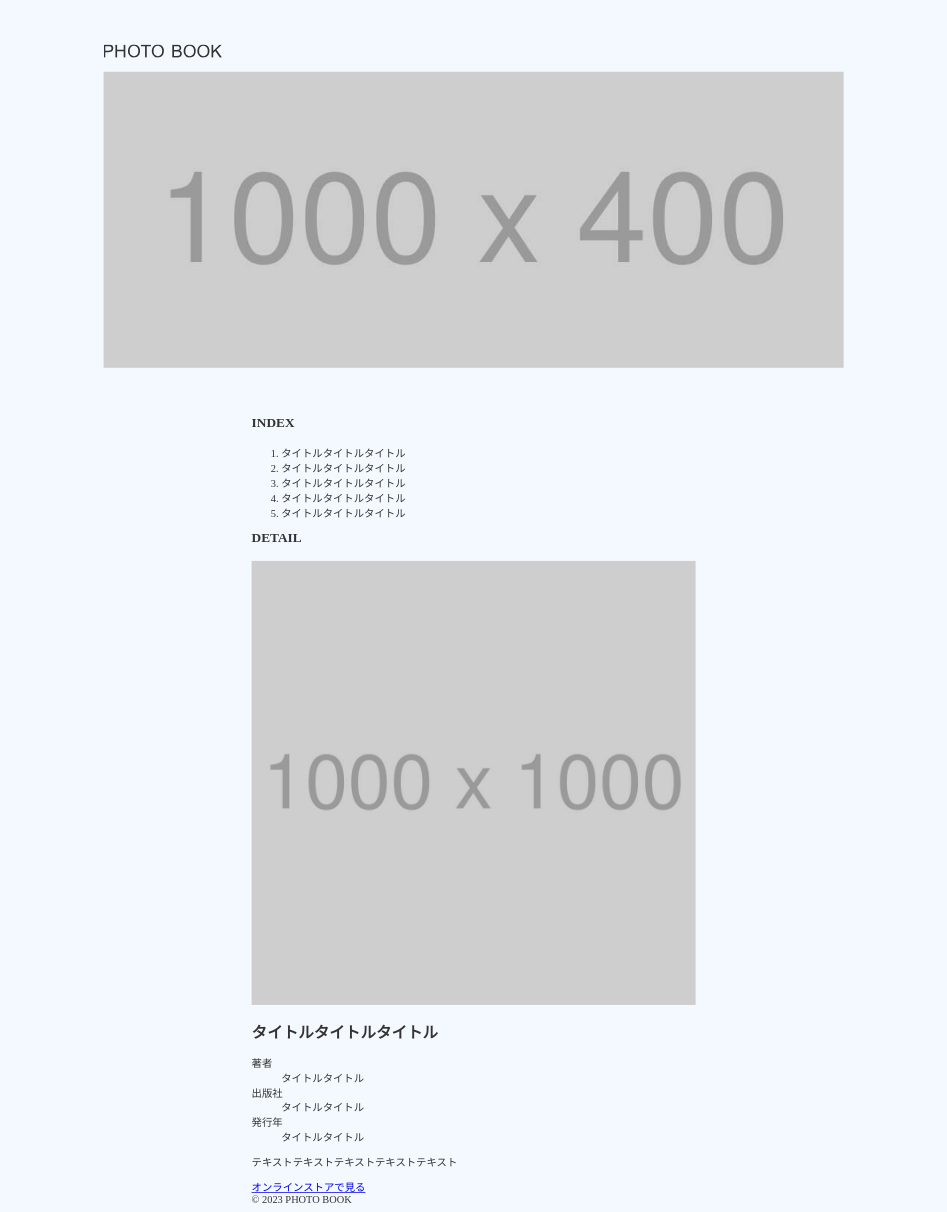
Repository: Fuki-san/photo-book-1
Page: http://localhost/photo
These files come from the project's save history. The page is drawn as it stood at one moment and after a run of saves; the edit follows.
The browser window is 1280 px wide. The pictures show the whole page, at 74% of full size.
The page is served by the project's Laravel application, run on PHP 8.4 with Laravel 10.

Above is the page before, as saved 2023-11-29 17:54:11.

After the next 2 saves:
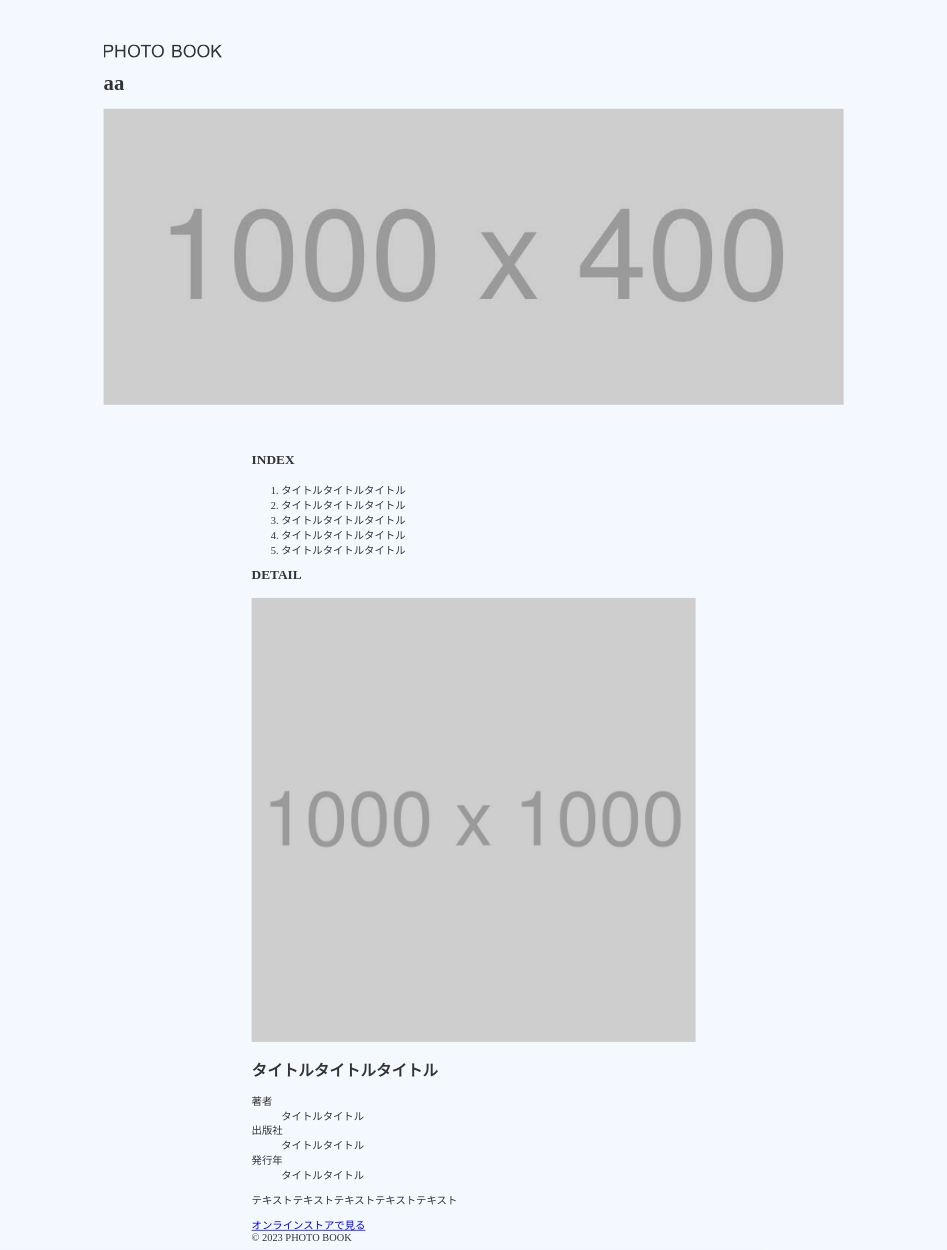
The 2 saves are shown as one change because they came seconds apart.
The last was saved 6 min 22 s later.
--- a/resources/views/photo.blade.php
+++ b/resources/views/photo.blade.php
@@ -6,6 +6,7 @@
     <div class="container">
         <header id="header">
             <h1 class="site-title"><a href="#"><img src="img/logo.svg" alt=""></a></h1>
+            <h1>aa</h1>
         </header>
 
         <main>

After the save that followed:
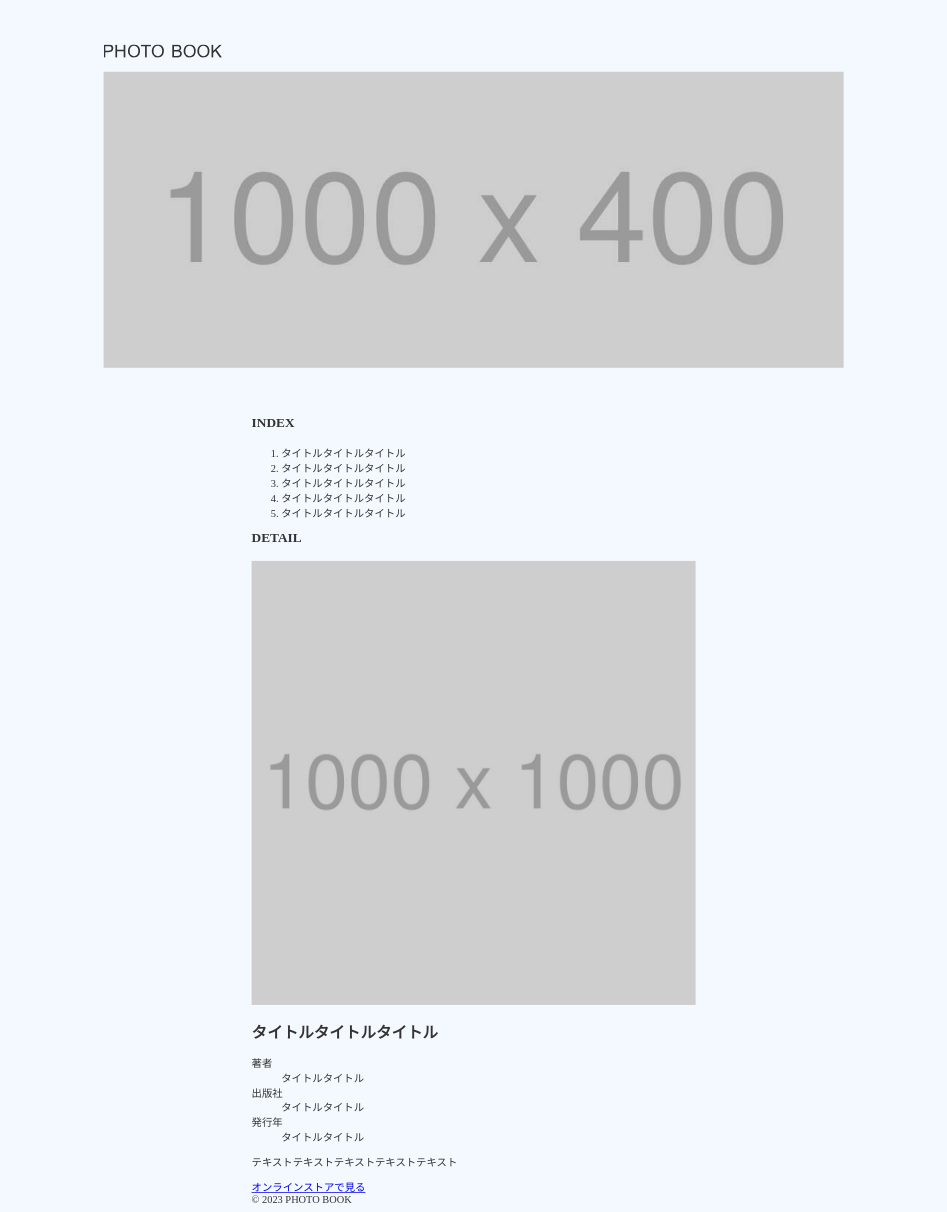
Saved 21 s later.
--- a/resources/views/photo.blade.php
+++ b/resources/views/photo.blade.php
@@ -6,7 +6,7 @@
     <div class="container">
         <header id="header">
             <h1 class="site-title"><a href="#"><img src="img/logo.svg" alt=""></a></h1>
-            <h1>aa</h1>
+
         </header>
 
         <main>
